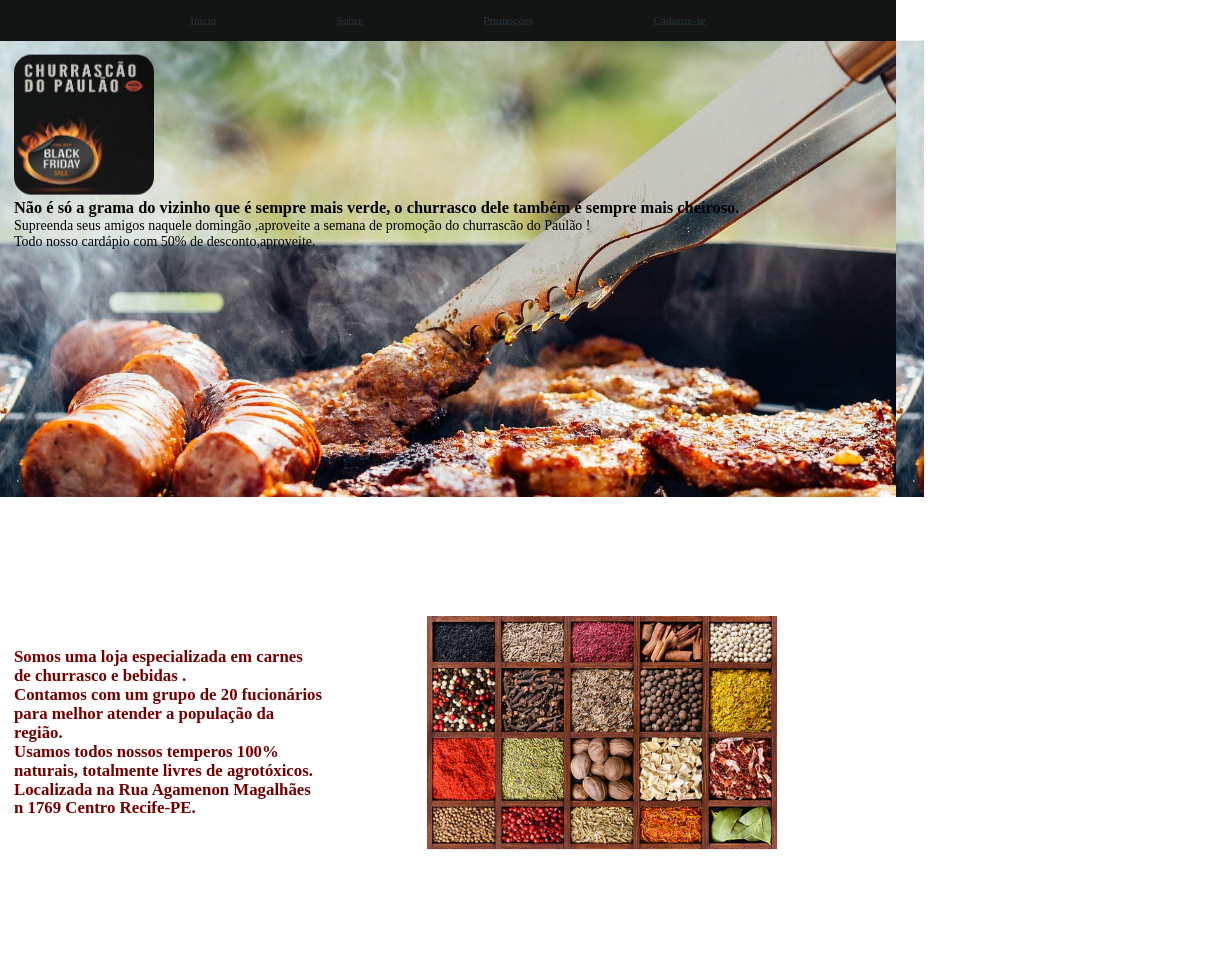
Repository: PauloMarquess/ProjetoBlackFriday
Page: index.html
The author's editor kept a copy of each file at every save. The page is drawn from the files as they stood at one save, then again after the next save.
The browser window is 1280 px wide. The page is 1750 px wide, so the pictures cover 1750 px, including what lies to the right of the window. The pictures show the part of the page from y = 0 to 1400 px (the page is 2740 px tall), at 70% of full size.

Above is the page before, as saved 2021-07-15 22:42:41.

### index.html
<!DOCTYPE html>
<html lang="pt-Br">

<head>
    <meta charset="UTF-8">
    <meta http-equiv="X-UA-Compatible" content="IE=edge">
    <meta name="viewport" content="width=device-width, initial-scale=1.0">
    <link rel="stylesheet" href="./css/style.css">
    <title>Churrascão do Paulão</title>
</head>

<body>
    <main>
    <div id="main">
        <header role="navigation" id="menu">
            <div class="container-menu">
                <nav class="menu">

                    <a href="#">Inicio</a>
                    <a href="#sobre">Sobre</a>
                    <a href="#produtos">Promoções</a>
                    <a href="#formulario">Cadastre-se</a>

                </nav>
            </div>
        </header>

        <section class="container background-section">
            <img src="./img/icone.jpeg ">
            <h3>Não é só a grama do vizinho que é sempre mais verde, o churrasco dele também é sempre mais cheiroso.
            </h3>
            <p>Supreenda seus amigos naquele domingão ,aproveite a semana de promoção do churrascão do Paulão !</p>
            <p>Todo nosso cardápio com 50% de desconto,aproveite.</p>

        </section>

        <section id="sobre">
            <div class="container-sobre">
                <h2>Somos uma loja especializada em carnes de churrasco e bebidas . <br>
                    Contamos com um grupo de 20 fucionários para melhor atender a população da região.<br>
                    Usamos todos nossos temperos 100% naturais, totalmente livres de agrotóxicos.
                    <br>Localizada na Rua Agamenon Magalhães n 1769 Centro Recife-PE.
                </h2>

                <img src="./img/temperos-naturais-imagem.jpg">
            </div>

        </section>
        <div class="container-card">

            <section id="produtos">
                <div class="card">
                    <img src="./img/picanha.jpg" alt="Picanha Argentina">
                    <h2>Picanha Argentina</h2>
                    <p><s> De R$ 60,00 &nbsp;&nbsp;</s> Por R$ 30,00</p>
                </div>

                <div class="card">
                    <img src="./img/bisteca_suina.jpg" alt="Bisteca Suína">
                    <h2>Bisteca Suína</h2>
                    <p><s> De R$ 40,00 &nbsp;&nbsp;</s> Por R$ 20,00</p>
                </div>

                <div class="card">
                    <img src="./img/Coração-De-Frango.jpg" alt="Coração de frango">
                    <h2>Coração de frango</h2>
                    <p><s> De R$ 30,00 &nbsp;&nbsp;</s> Por R$ 15,00</p>
                </div>

                <div class="card">
                    <img src="./img/linguica_toscana.jpg" alt="Linguiça Toscana">
                    <h2>Linguiça Toscana</h2>
                    <p><s> De R$ 30,00 &nbsp;&nbsp;</s> Por R$ 15,00</p>
                </div>

                <div class="card">
                    <img src="./img/pao-de-alho.jpg" alt="Pão de alho">
                    <h2>Pão de Alho</h2>
                    <p><s> De R$ 12,00 &nbsp;&nbsp;</s> Por R$ 6,00</p>
                </div>

                <div class="card">
                    <img src="./img/espetinho_de_legumes.jpeg" alt="Espetinho de Legumes">
                    <h2>Espeto de Legumes</h2>
                    <p><s> De R$ 10,00 &nbsp;&nbsp;</s> Por R$ 5,00</p>
                </div>

                <div class="card">
                    <img src="./img/farofa-leve-para-churrasco.jpg" alt="Farofa da casa">
                    <h2>Farofa da casa</h2>
                    <p><s> De R$ 10,00 &nbsp;&nbsp;</s> Por R$ 5,00</p>
                </div>

                <div class="card">
                    <img src="./img/ron-coca-gelo.png" alt="kit ron coca gelo">
                    <h2>Kit Ron/coca/gelo</h2>
                    <p><s> De R$ 60,00 &nbsp;&nbsp;</s> Por R$ 30,00</p>
                </div>

            </section>

        </div>

        <div class="container-cadastro">
            <section id="formulario">
                <h3>Cadastre-se para receber promoções direto no seu e-mail.</h3>

                <div id="content">

                        <form id="form">
                            <input type="text" placeholder="   Digite Seu nome" id="name" required>
                            <input type="email" placeholder="   Digite seu Email" id="email" required>
                            <input type="submit" value="Cadastrar">

                        </form>

                </div>
        </div>
        </section>
        <footer>2021 Todos os direitos reservadoos |Proibida Reprodução Sem Autorização Expressa!</footer>
    </div>
</main>
</body>
<script src="./script.js"></script>

</html>

### css/style.css
* {
    padding: 0;
    margin:0;
    list-style: none;


}
html{
    scroll-behavior: smooth;
}

.main{
    display:flex;
    flex-direction:column;
    width:100%;
    height:100vh;
}

header {
    position: sticky;
    top: 0;
    background-color:#131414;



}
header .container-menu{
    display: flex;
    flex-direction: row;
    align-items: center;
    justify-content: space-around;
    padding: 20px;



}
header .container-menu a {
    margin: 4rem;
    padding: 20px;
    color: #25363e;
}


header nav a:hover {
    color: white;
}


.container{
    width: 100%;
    height: 85vh;
    display: inline-block;
    align-items: center;
    color: black;
    font-size: 20px;
    padding: 20px;
}
.container img {
    width: 200px;
    height: 200px;
    border-radius: 25px;
    opacity: 90%;

}
.background-section {
    background-image: url(../img/barbecue-820010_1280.jpg)

}

#sobre {
    width: 100%;
    height: 95vh;

}
#sobre .container-sobre {
    padding: 20px;
    align-items: center;
    display: flex;

}
#sobre .container-sobre img {
    padding: 150px;
    font-size: 1rem;

}
#sobre .container-sobre h2 {
    color: #720000;
}

#produtos {
    width: 100%;
    height: 100vh;
}
#produtos img{
    width: 168px;
   height: 168px;
   border-radius: 103%;
   border: 2px solid black;
   margin: 1rem;
}

.container-card #produtos .card {
    display:inline-block;
    align-items: center;
    margin: 30px;


  }

.container-cadastro {
    width:100%;
    height: 40vh;
    align-items: center;
    display: flex;
    margin: 150px;
    padding-left:320px;

}





input {
   width: 100%;
   border-radius: 12px;
   height: 30px;
   margin-bottom: 10px;
   text-align: center;

}

  footer {
      padding-bottom: 20px;
      align-items: center;
      display: flex;
      justify-content: center;
  }

### script.js
const form = document.getElementById ('form')

form.addEventListener('submit',(e) =>{
    e.preventDefault()
    let nome =document.getElementById('name').value;
    let email =document.getElementById('email').value;
    console.log(nome,email)
    let data ={
        nome,email,
    }
let converteData =JSON.stringify(data);
localStorage.setItem('lead',converteData)

let content = document.getElementById('content')

let carregando = `<p>carregando...</p>`

let enviado =`<p>Cadastrado com sucesso</p>`

content.innerHTML =carregando

setTimeout(() => {
content.innerHTML = enviado
},1500)

})

After the next save:
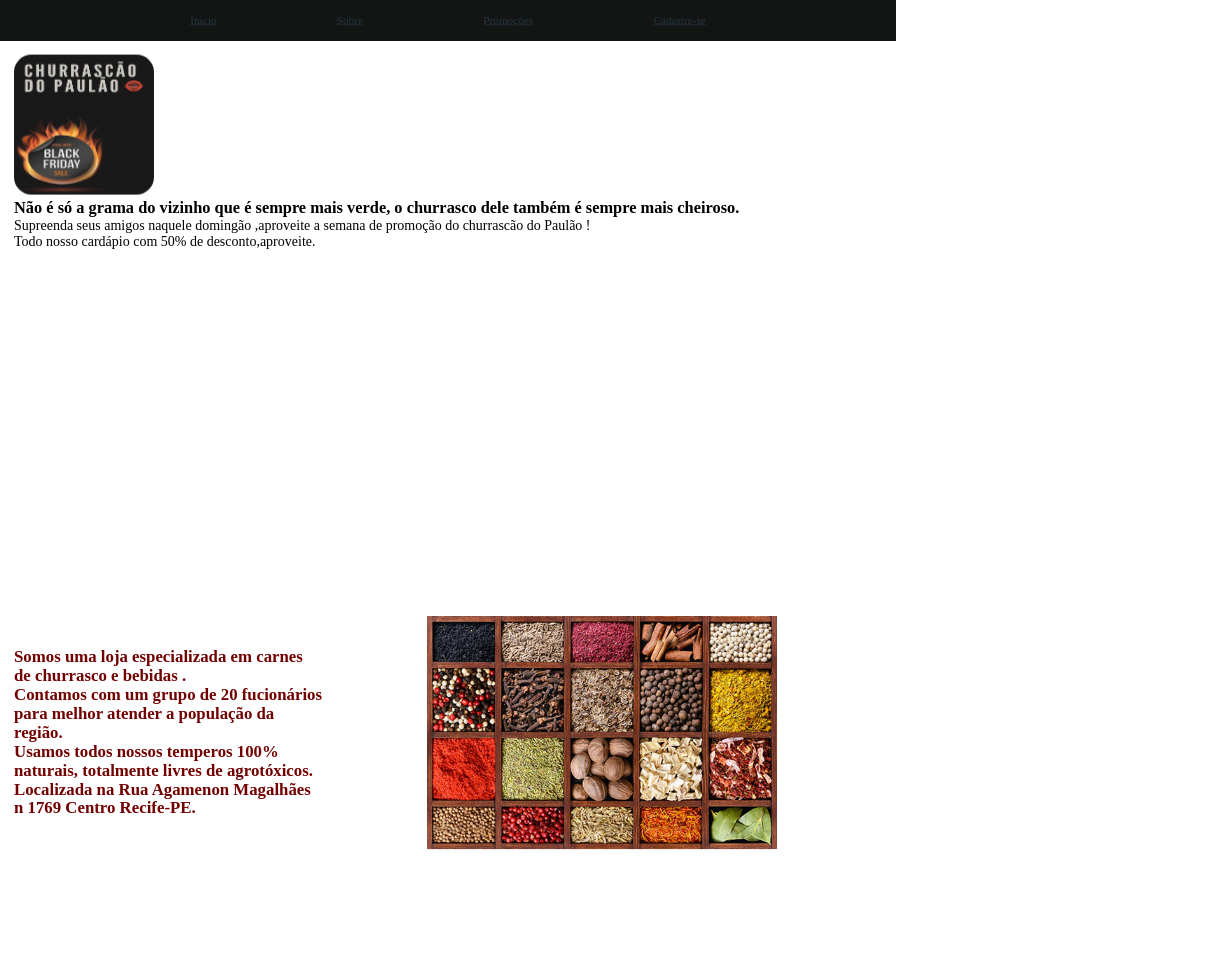
Saved 64 s later.
--- a/css/style.css
+++ b/css/style.css
@@ -64,7 +64,7 @@
 }
 .background-section {
     background-image: url(../img/barbecue-820010_1280.jpg)
-
+    padding-right:initial;
 }
 
 #sobre {

After the 3 saves that followed:
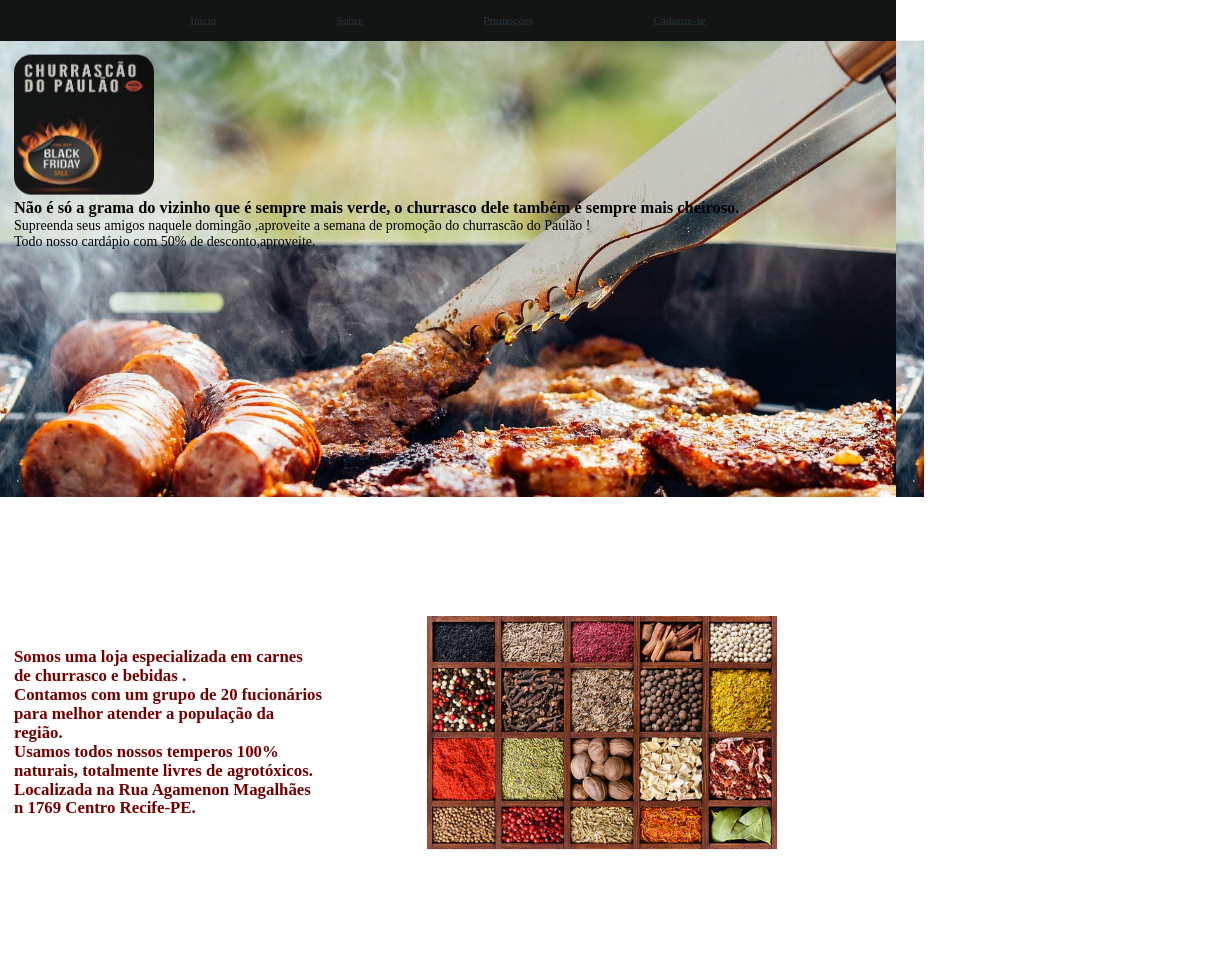
The 3 saves are shown as one change because 1 left the picture as it was and some came seconds apart.
The last was saved 24 s later.
--- a/css/style.css
+++ b/css/style.css
@@ -64,7 +64,7 @@
 }
 .background-section {
     background-image: url(../img/barbecue-820010_1280.jpg)
-    padding-right:initial;
+
 }
 
 #sobre {
